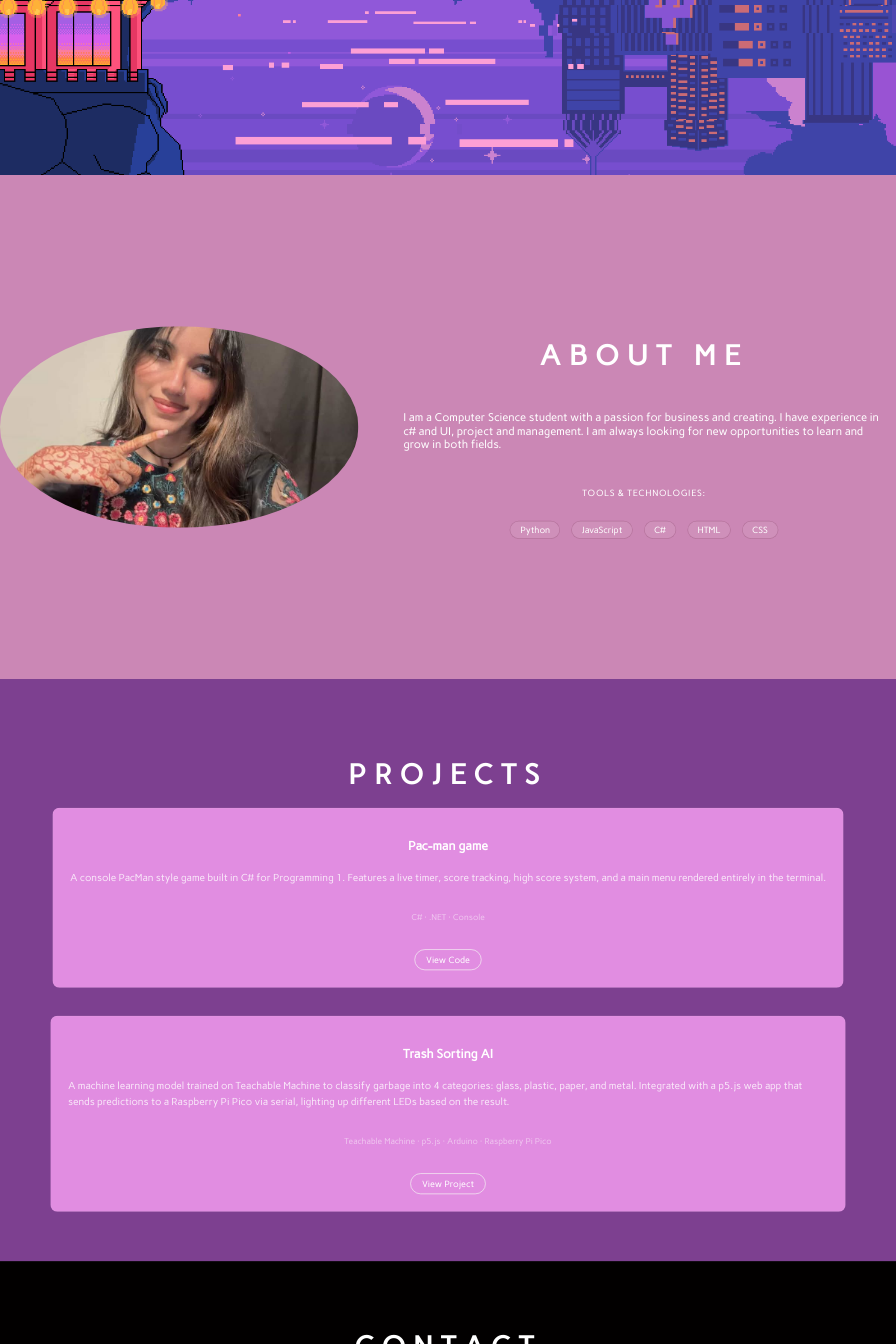
Repository: Rameen-A/Rameen-A
Page: index.html
The author's editor kept a copy of each file at every save. The page is drawn from the files as they stood at one save, then again after the next save.
The browser window is 1280 px wide. The pictures show the part of the page from y = 510 to 2430 px (the page is 2876 px tall before and 2477 px after), at 70% of full size.

Above is the page before, as saved 2026-05-07 23:21:38.

### index.html
<!DOCTYPE html>
<html lang="en">
  <head>
    <meta charset="UTF-8" />
    <meta name="viewport" content="width=device-width, initial-scale=1.0" />
    <title>My Portfolio Project</title>
    <link rel="stylesheet" href="styles/globals.css" />
    <link rel="stylesheet" href="styles/index.css" />
  </head>
  <body>
    <nav class="sidebar">
      <button class="menu-button">☰</button>
      <ul class="menu">
        <li><a href="#about">About me</a></li>
        <li><a href="#projects">View Projects</a></li>
        <li><a href="#contact">My Info </a></li>
      </ul>
    </nav>
    <!-- Hero Section -->
    <section class="hero">
      <article>
        <h1>Rameen Amir</h1>
        <h3>Computer Science student | Business Artist</h3>
        <a href="#projects">View Projects</a>
      </article>
    </section>
    <!-- About Me Section -->
    <section class="about" id="about">
      <img
        src="assets/images/686415663_1672869123865112_6993977710073232581_n.jpg"
        alt="Profile Picture"
      />
      <!-- !my image doesnt have srcset - will add in the end -->
      <!-- !need an svg for menu bar and other spots - will end in the end-->

      <div class="about-content">
        <h2 class="aboutMe">About Me</h2>
        <p>
          I am a Computer Science student with a passion for business and
          creating. I have experience in c# and UI, project and management. I am
          always looking for new opportunities to learn and grow in both fields.
        </p>
        <p class="tools-labels">Tools & Technologies:</p>
        <ul class="tools-list">
          <li>Python</li>
          <li>JavaScript</li>
          <li>C#</li>
          <li>HTML</li>
          <li>CSS</li>
        </ul>
      </div>
    </section>
    <!-- Projects Section -->
    <section class="projects" id="projects">
      <h2>Projects</h2>
      <div class="cards">
        <article class="card">
          <h3>Pac-man game</h3>
          <p>
            A console PacMan style game built in C# for Programming 1. Features
            a live timer, score tracking, high score system, and a main menu
            rendered entirely in the terminal.
          </p>
          <p class="tech">C# · .NET · Console</p>
          <a href="" target="_blank">View Code</a>
        </article>
        <article class="card">
          <h3>Trash Sorting AI</h3>
          <p>
            A machine learning model trained on Teachable Machine to classify
            garbage into 4 categories: glass, plastic, paper, and metal.
            Integrated with a p5.js web app that sends predictions to a
            Raspberry Pi Pico via serial, lighting up different LEDs based on
            the result.
          </p>
          <p class="tech">
            Teachable Machine · p5.js · Arduino · Raspberry Pi Pico
          </p>
          <a href="" target="_blank">View Project</a>
        </article>
      </div>
    </section>
    <!-- Contact Section -->
    <section class="contact">
      <h2 id="contact">Contact</h2>
      <div class="contact-cards">
        <div class="contact-card">
          <p class="default">Email</p>
          <a href="mailto:rameenamir.ca@gmail.com" class="hover-text"
            >rameenamir.ca@gmail.com</a
          >
        </div>

        <div class="contact-card">
          <p class="contact-label">LinkedIn</p>
          <a
            href="https://www.linkedin.com/in/rameen-amir-5a9912349/"
            target="_blank"
            >Rameen Amir</a
          >
        </div>
        <div class="contact-card">
          <p class="contact-label">Phone Number</p>
          <a href="tel:5145617912">514-561-7912</a>
        </div>
        <div class="contact-card">
          <p class="contact-label">Henna Business Instagram</p>
          <a
            href="https://www.instagram.com/henna_byrameen?igsh=OGZzczk1ZWl6bW9p"
            target="_blank"
            >Henna_byrameen</a
          >
        </div>
        <div class="contact-card">
          <p class="contact-label">CV</p>
          <a href="assets/images/rameen cv 26.png" target="_blank">View CV</a>
        </div>
      </div>
    </section>
  </body>
  <script>
    const button = document.querySelector(".menu-button");
    const menu = document.querySelector(".menu");
    const links = document.querySelectorAll(".menu a");

    button.addEventListener("click", () => {
      menu.classList.toggle("show");
    });

    links.forEach((link) => {
      link.addEventListener("click", () => {
        menu.classList.remove("show");
      });
    });
  </script>
</html>

### styles/globals.css
/* FONT DEFS */
@font-face {
  font-family: "main font";
  src: url(../assets/fonts/Carme/Carme-Regular.ttf);
}

/* CROSS PAGE STYLES */
body {
  color: white;
  font-family: "main font", Verdana, sans-serif;
  margin: auto; /* ! margin needs to be default so 0*/
}

h1 {
  font-weight: bold;
  text-transform: uppercase;
  font-size: 1.5rem; /*! too small for desktop*/
}

a {
  text-decoration: none;
  color: white;
  font-size: 0.75rem; /*! too small*/
}
ul {
  list-style: none;
  padding: 0;
  margin: 0;
}
a:hover {
  text-decoration: underline;
}

### styles/index.css
body {
  margin: 0;
  top: 0;
  background-color: black;
}

.hero {
  display: flex;
  align-items: center;
  justify-content: center;
  text-align: center;
  height: 100vh;

  background-image: url(../assets/images/9a61269bd961543ec7b161a66536ad3a.gif);
  background-size: cover;
  background-position: center;
  background-repeat: no-repeat;
}
.hero a,
.card a {
  border: 2px solid rgb(238, 236, 236);
  padding: 0.5rem;
  border-radius: 20px;
}
article {
  opacity: 1;
}
/*menu bar */
.menu {
  position: fixed;
  top: 0;
  left: -25%;
  width: 25%;
  height: 100vh;
  background: rgba(0, 0, 0, 0.9);

  display: flex;
  flex-direction: column;
  padding-top: 5rem;
}

.menu.show {
  left: 0;
  transition: left 0.3s ease;
}
.menu-button {
  opacity: 0.6;
  font-size: 2rem;

  background: transparent;
  border: none;
  outline: 2px solid transparent;

  color: white;
  cursor: pointer;
}

/*about me section */
.about {
  display: flex;
  align-items: center;
  justify-content: center;
  min-height: 100vh;
  text-align: center;

  background-color: rgb(203, 135, 181);
}
.about h2 {
  font-size: 1.75rem;
  margin-bottom: 1rem;
  letter-spacing: 0.3em;
  text-transform: uppercase;
}
.about-content {
  display: flex;
  flex-direction: column;
  align-items: center;
  gap: 1.5rem;
  margin: 0 1rem;
  width: 100%;
  max-width: 90%;
  text-align: left;
}
.about img {
  max-width: 40%;
  border-radius: 50%;
  overflow: hidden;
  display: inline-block;
  vertical-align: middle;
}
.about-list li {
  font-size: 0.95rem;
  line-height: 1.5;
}

.tools-labels {
  font-size: 0.8rem;
  text-transform: uppercase;
  letter-spacing: 0.08em;
  text-align: left;
  margin-bottom: 0.5rem;
}
.tools-list {
  display: flex;
  flex-wrap: wrap; /* allows items to wrap / internet*/
  gap: 1rem;
  text-align: left;
}
.tools-list li {
  background-color: rgba(255, 252, 252, 0.08);
  border: 1px solid rgba(82, 4, 35, 0.2);
  border-radius: 20px;
  padding: 0.3rem 0.85rem;
  font-size: 0.8rem;
}
/*PROJECTS*/
.projects {
  display: flex;
  justify-content: center;
  min-height: 100vh;
  background-color: rgb(125, 64, 144);
  align-items: center;
  padding-top: 4rem;
  padding-bottom: 3rem;
  flex-direction: column;
}
.projects h2 {
  font-size: 1.75rem;
  margin-bottom: 1rem;
  letter-spacing: 0.3em;
  text-transform: uppercase;
}

.cards {
  display: flex;
  flex-direction: column;
  gap: 1.5rem;
  align-items: center;
  margin: 0 1rem;
  width: 100%;
  max-width: 90%;
  text-align: left;
}
.card {
  background-color: #e18de1;
  border: 1px solid rgba(230, 216, 225, 0.1);
  border-radius: 10px;
  padding: 1.5rem;
  text-align: left;
  display: flex;
  flex-direction: column;
  align-items: center;
  gap: 1rem;
  margin: 0.5rem;
}

.card:hover {
  border-color: rgba(180, 26, 26, 0.4);
}

.card h3 {
  font-size: 1.1rem;
  margin-bottom: 0.5rem;
}

.card p {
  font-size: 0.9rem;
  line-height: 1.6;
  opacity: 0.8;
  margin: 0 0 0.5rem 0;
}

.card .tech {
  font-size: 0.75rem;
  opacity: 0.5;
  margin: 0.75rem 0;
}

.card a {
  display: inline-block;
  border: 1px solid rgb(244, 239, 242);
  padding: 0.4rem 1rem;
  border-radius: 20px;
  font-size: 0.8rem;
  margin-top: 0.5rem;
}

.card a:hover {
  background-color: rgb(247, 235, 235);
  color: #0a1628;
  text-decoration: none;
}

/*CONTACT PAGE*/
.contact {
  display: flex;
  flex-direction: column;
  align-items: center;

  padding-bottom: 6rem;
  padding: 4rem 1rem;

  background-color: rgb(2, 0, 0);
}
.contact h2 {
  font-size: 1.75rem;
  margin-bottom: 1rem;
  letter-spacing: 0.3em;
  text-transform: uppercase;
}
.contact-cards {
  display: flex;
  flex-direction: column;
  gap: 1.5rem;

  width: 100%;
  max-width: 90%;

  margin: 0 auto;
  align-items: center;
}
.contact-card {
  background-color: #deb2de;
  padding: 1rem;
  border-radius: 10px;
  text-align: center;
  position: relative;
  overflow: hidden;
  width: 100%;
  max-width: 22rem;
}
.default {
  display: block;
  transition: opacity 0.3s ease;
}
.hover-text {
  position: absolute;
  inset: 0; /* fills the card */

  display: flex;
  align-items: center;
  justify-content: center;

  opacity: 0;
  transition: opacity 0.3s ease;
}
.contact-card:hover {
  transform: translateY(-5px);
  transition: transform 0.3s ease;
}
.contact-card a {
  opacity: 0;
  transition: opacity 0.3s ease;
  display: block;
  margin-top: 0.5rem;
  background-color: rgb(8, 0, 8);
}
.contact-card:hover a {
  opacity: 1;
  background-color: #ed8eda;
}
.contact-card:hover .default {
  opacity: 0;
}

.contact-card:hover .hover-text {
  opacity: 1;
}
.contact-card .label {
  font-size: 1rem;
  text-transform: uppercase;
}

/* nav mods */
nav {
  position: sticky;
  top: 0;
}

nav ul {
  display: flex;
  justify-content: flex-end;
  margin: 0rem;
}

nav ul li {
  list-style: none;
  margin: 1rem;
}

/* Mobile-first navigation */
nav ul {
  justify-content: center;
}

/* Tablet and desktop layouts */
@media (min-width: 768px) {
  nav ul {
    justify-content: flex-end;
  }

  .about {
    flex-direction: row;
    gap: 3rem;
    text-align: left;
  }

  .cards {
    flex-direction: row;
    flex-wrap: wrap;
    justify-content: center;
  }

  .contact-cards {
    flex-direction: row;
    flex-wrap: wrap;
    justify-content: center;
  }

  .about h2,
  .projects h2,
  .contact h2 {
    font-size: 2.5rem;
  }
}

After the next save:
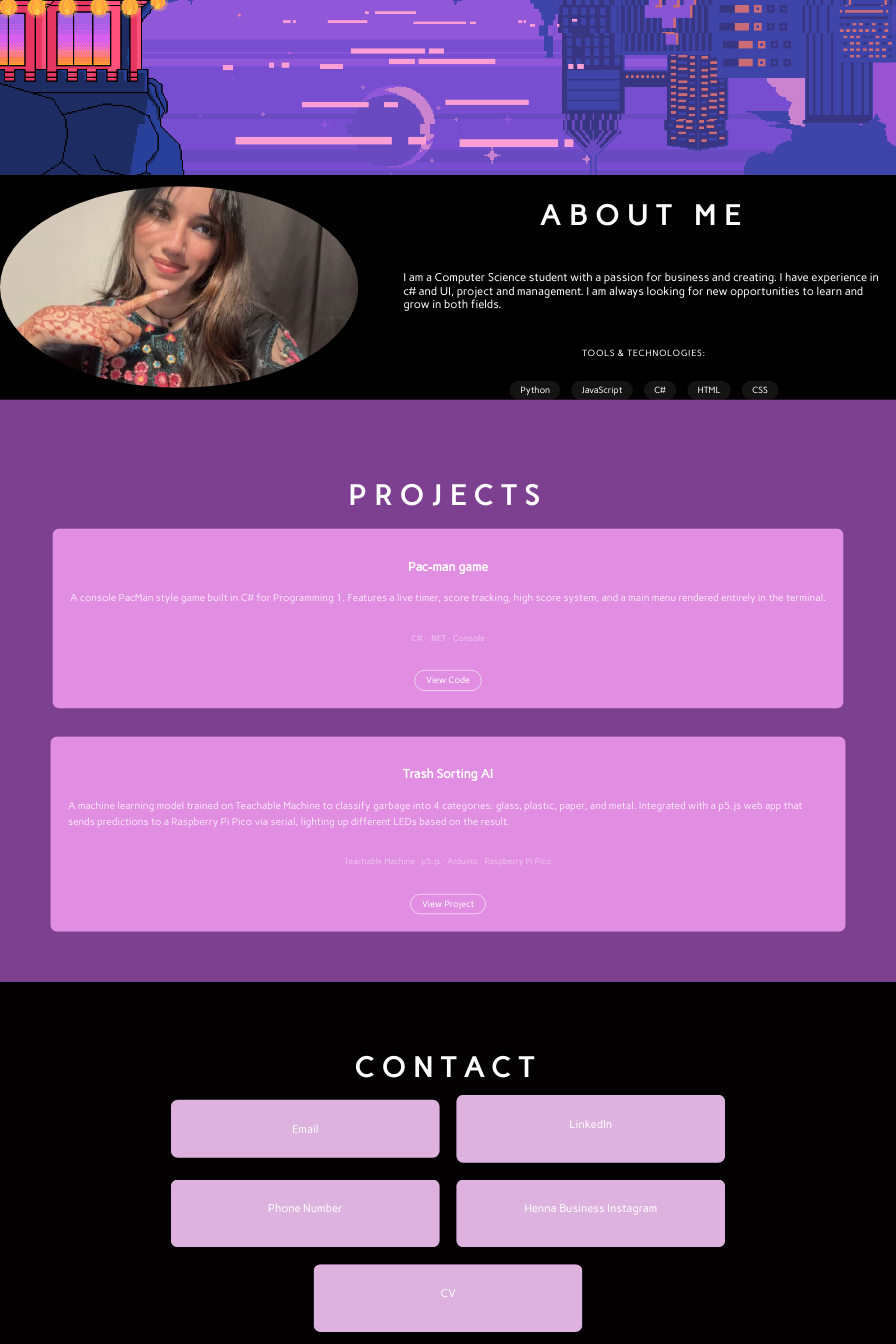
Saved 17 min 22 s later.
--- a/styles/index.css
+++ b/styles/index.css
@@ -58,12 +58,12 @@
 /*about me section */
 .about {
   display: flex;
-  align-items: center;
-  justify-content: center;
-  min-height: 100vh;
+  flex-direction: column;
+  align-items: center;
+  justify-content: center;
+
   text-align: center;
-
-  background-color: rgb(203, 135, 181);
+  gap: 2rem;
 }
 .about h2 {
   font-size: 1.75rem;

After the save that followed:
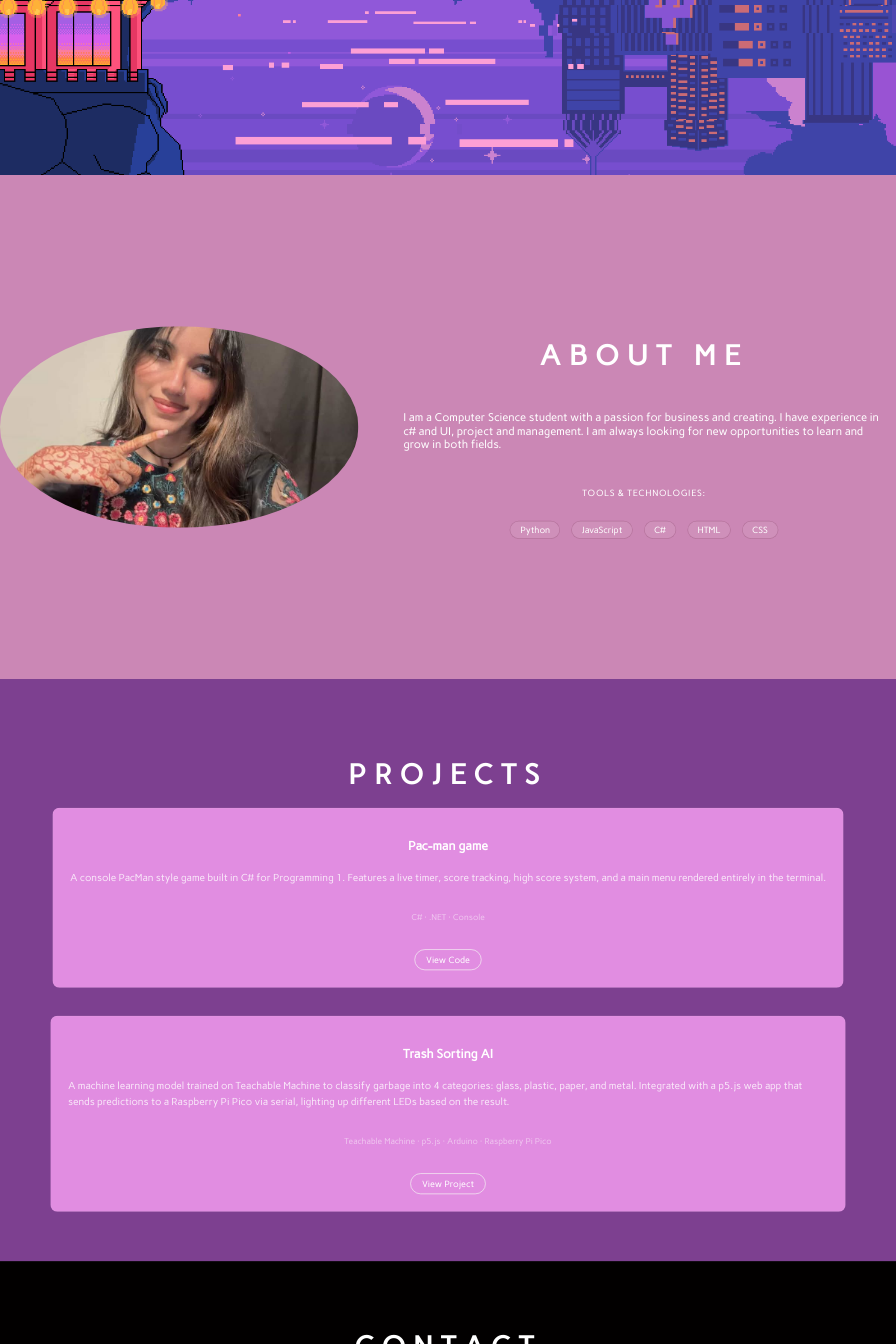
Saved 4 s later.
--- a/styles/index.css
+++ b/styles/index.css
@@ -58,12 +58,12 @@
 /*about me section */
 .about {
   display: flex;
-  flex-direction: column;
-  align-items: center;
-  justify-content: center;
-
+  align-items: center;
+  justify-content: center;
+  min-height: 100vh;
   text-align: center;
-  gap: 2rem;
+
+  background-color: rgb(203, 135, 181);
 }
 .about h2 {
   font-size: 1.75rem;
